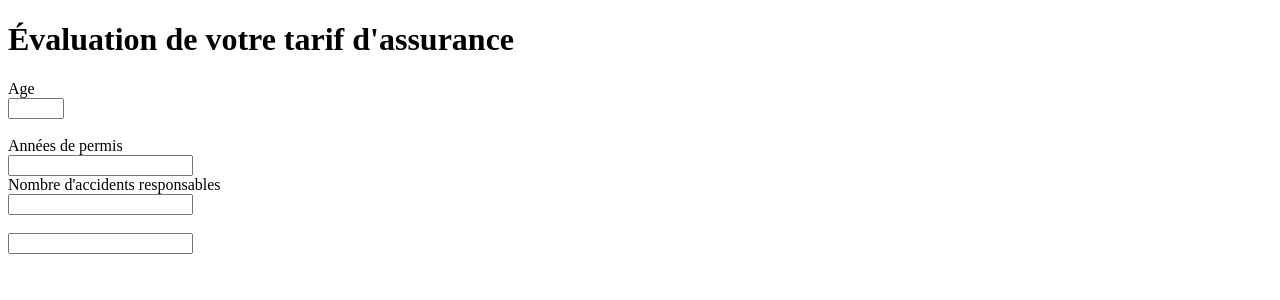
Repository: Coumba25040/coumbaProjet
Page: Site assurance/formulaire.html
These files come from the project's save history. The page is drawn as it stood at one moment and after the next save; the edit follows.
The browser window is 1280 px wide. The pictures show the whole page.

Above is the page before, as saved 2024-10-15 12:13:31.

### Site assurance/formulaire.html
<!DOCTYPE html>
<html lang="en">
<head>
    <meta charset="UTF-8">
    <meta name="viewport" content="width=device-width, initial-scale=1.0">
    <title>formulaire.html</title>
</head>
<body>
<h1>Évaluation de votre tarif d'assurance</h1>
<form method="get">
<label>Age</label><br>
<input type="number" min="16" max="99"><br>

<br>

<label>Années de permis</label><br>
<input type="number" min="0"><br>

<label>Nombre d'accidents responsables</label><br>
<input type="number" min="0"><br>
<br>

<input type="number" min="0"><br>

</body>
</html>

After the next save:
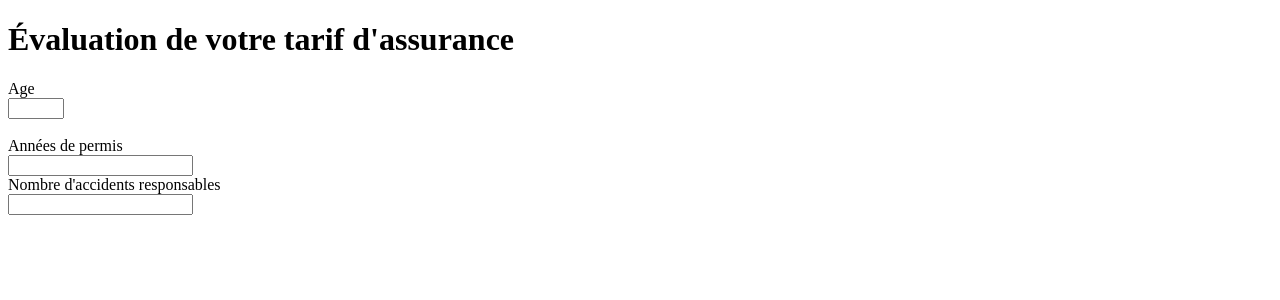
Saved 6 s later.
--- a/Site assurance/formulaire.html
+++ b/Site assurance/formulaire.html
@@ -18,9 +18,6 @@
 
 <label>Nombre d'accidents responsables</label><br>
 <input type="number" min="0"><br>
-<br>
-
-<input type="number" min="0"><br>
 
 </body>
 </html>
